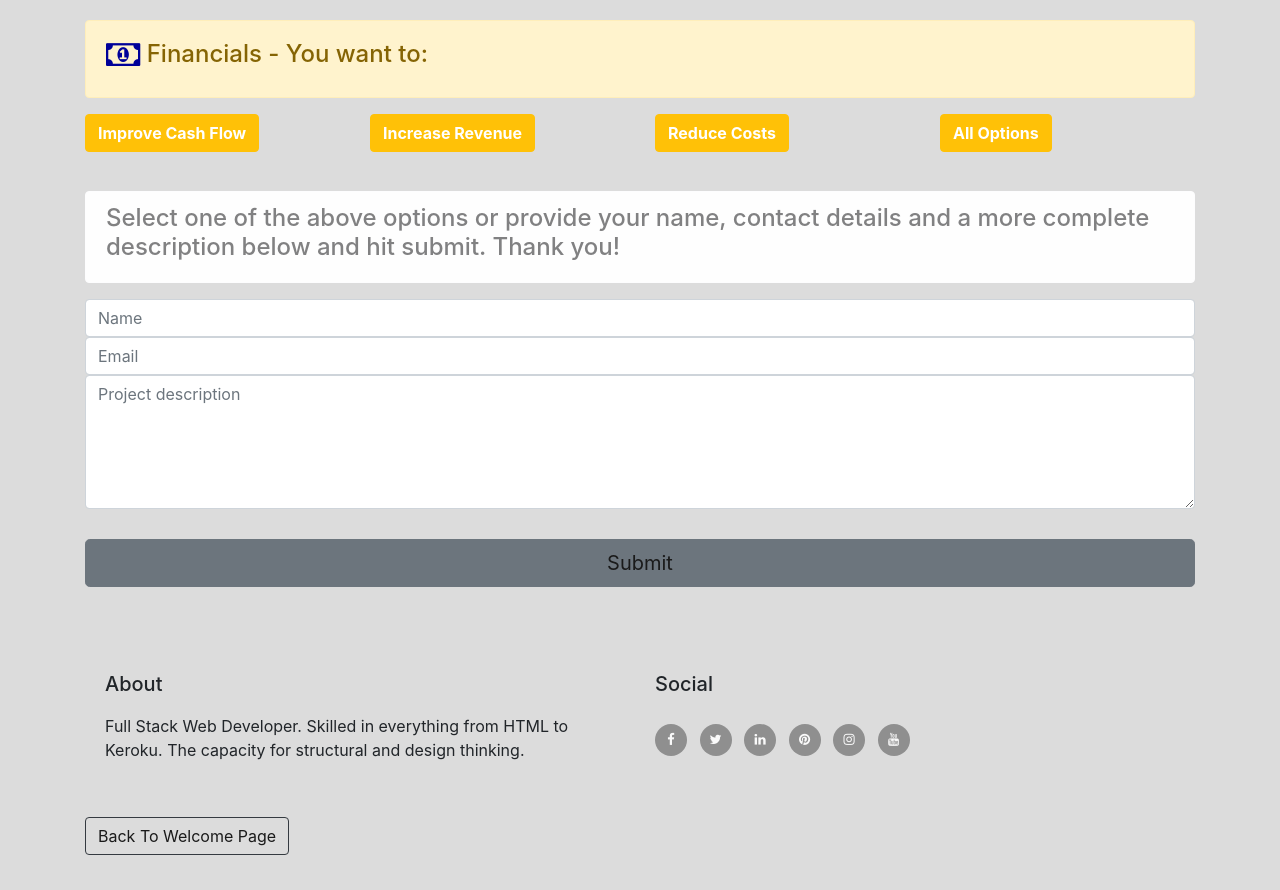
Repository: Code-Institute-Submissions/tenerim-milestone1
Page: Financials.html
The author's editor kept a record of every edit. The page is drawn from the files as they stood at one moment, then again after the next edit.
The browser window is 1280 px wide. The pictures show the whole page.

Above is the page before.

After the next edit:
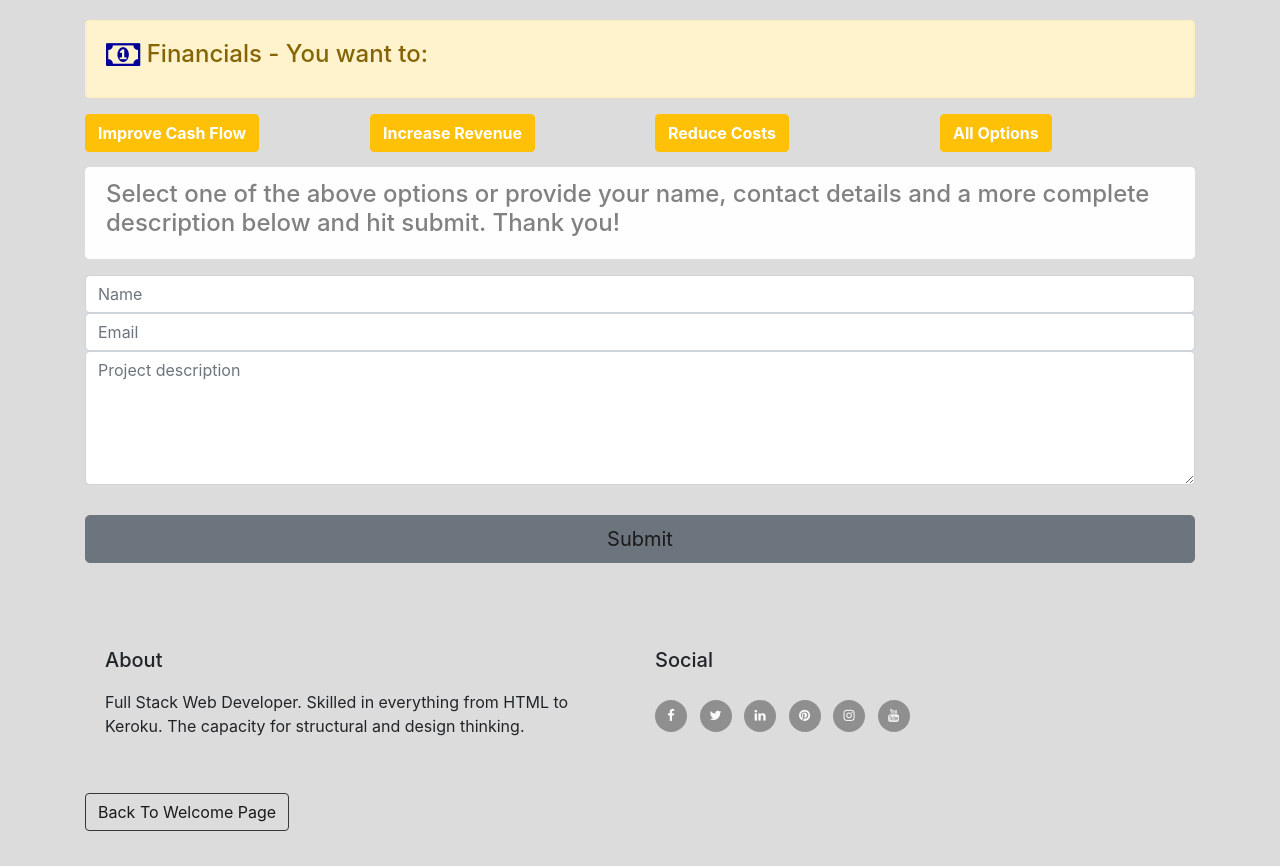
The edit:
--- a/Financials.html
+++ b/Financials.html
@@ -42,7 +42,7 @@
                     <button type="button" class="btn btn-warning"><a href="#" class="alert-link">Reduce Costs</a></button>
                 </div>
                 <div class="col-sm-3">
-                    <button type="button" class="btn btn-warning"><a href="#" class="alert-link">All Options</a></button> <br /> <br />
+                    <button type="button" class="btn btn-warning"><a href="#" class="alert-link">All Options</a></button>
                 </div>
             </div>
 
